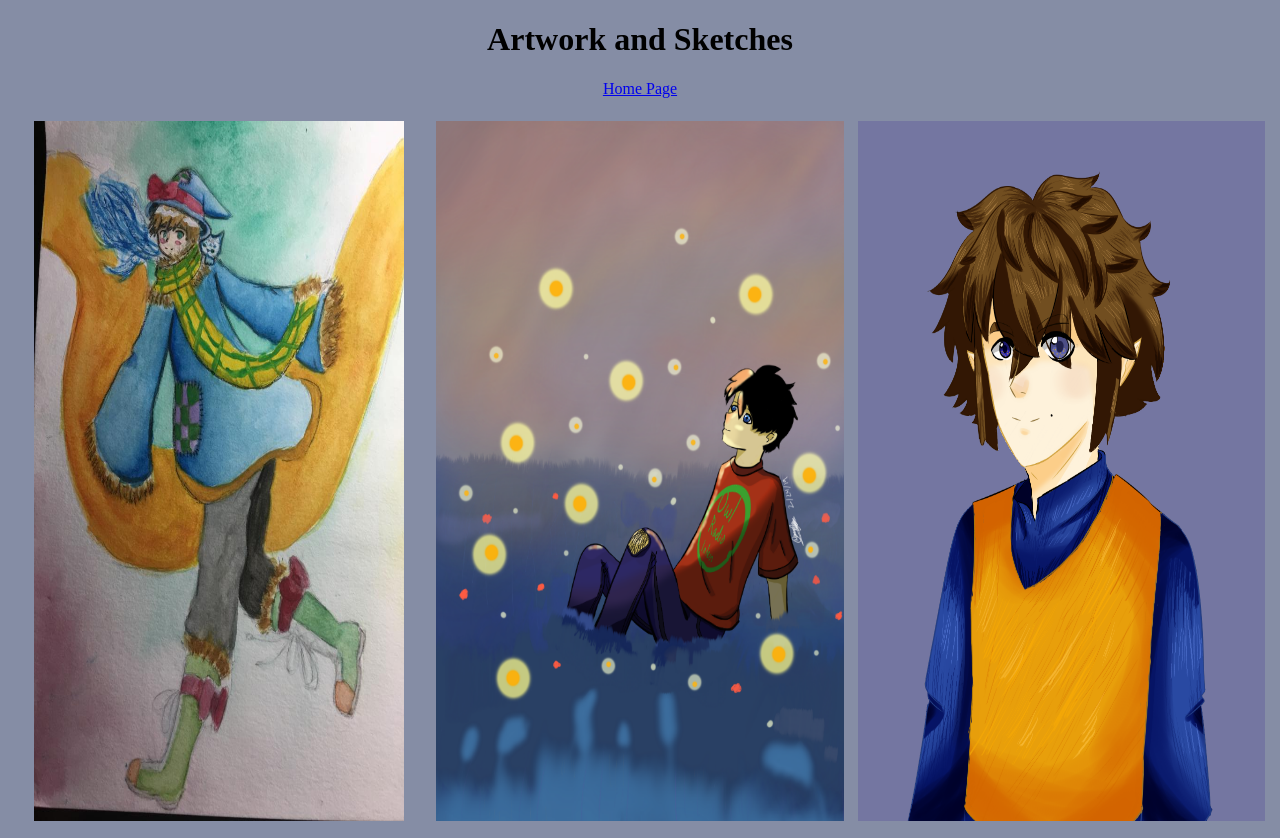
Repository: MaiJun21/MaiJun21.github.io
Page: drawings and artwork.html
The author's editor kept a record of every edit. The page is drawn from the files as they stood at one moment, then again after the next edit.
The browser window is 1280 px wide. The pictures show the whole page.

Above is the page before.

After the next edit:
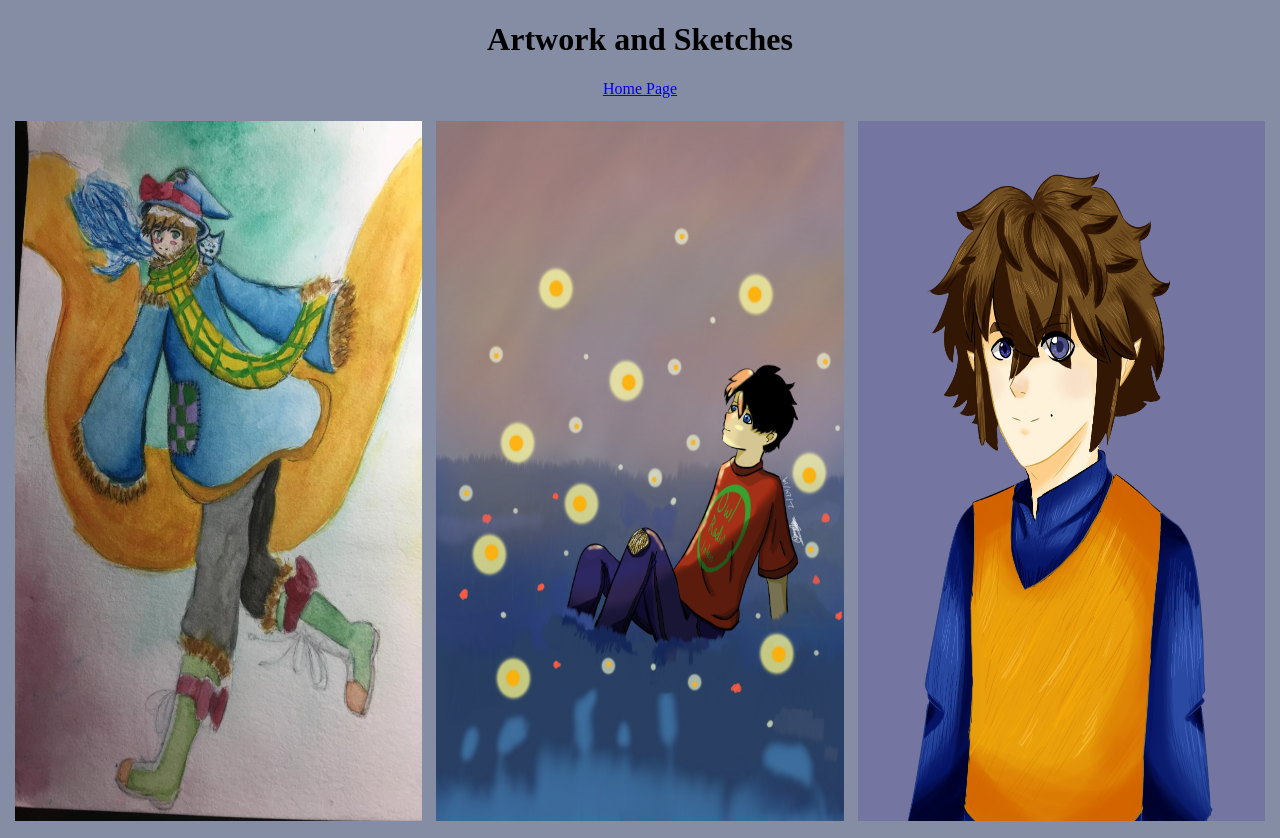
The edit:
--- a/drawings and artwork.html
+++ b/drawings and artwork.html
@@ -40,7 +40,7 @@
 
 <div class="row">
   <div class="column">
-    <img src="images/scarecrow_as_wizard.jpg" alt="Drawing of Scarecrow from Wizard of Oz as an rpg magic class" width="500" height="700" style="width:90%">
+    <img src="images/scarecrow_as_wizard.jpg" alt="Drawing of Scarecrow from Wizard of Oz as an rpg magic class" width="500" height="700" style="width:99%">
   </div>
   <div class="column">
     <img img src="images/fairy_lights.png" alt="Fairy Lights" width="500" height="700" style="width:99%">
